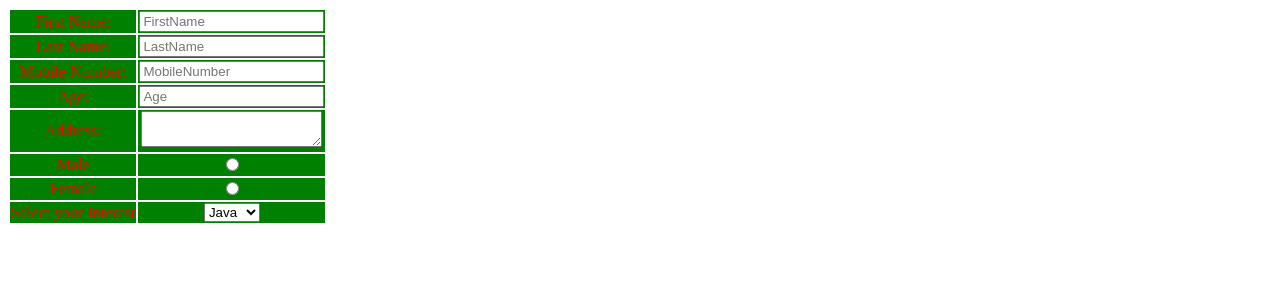
Repository: Ganesh281996/Ganesh
Page: BasicHtml/WebContent/Login.html
The author's editor kept a copy of each file at every save. The page is drawn from the files as they stood at one save, then again after the next save.
The browser window is 1280 px wide. The pictures show the whole page.

Above is the page before, as saved 2018-03-28 04:53:33.

### BasicHtml/WebContent/Login.html
<!DOCTYPE html>
<html>
<head>
<meta charset="UTF-8">
<title>Nothing to See</title>
<style>
tr {
	background-color: green;
}
table
{
border: 20px;
align: right;
}
td {
	text-align: center;
	color: red;
}
</style>
<script type="text/javascript">
var validate=function()
{

	var firstName=document.getElementById("FirstName");
	var lastName=document.getElementById("LastName");
	var mobile=document.getElementById("MobileNumber");
	var age=document.getElementById("Age");
	var address=document.getElementById("Address");


}
</script>
</head>
<body>


	<form action="return validate()" >
		<table>
			<tr>
				<td>First Name:</td>
				<td><input id="FirstName" placeholder="FirstName"></td>
			</tr>
			<tr>
				<td>Last Name:</td>
				<td><input id="LastName" placeholder="LastName"></td>
			</tr>
			<tr>
				<td>Mobile Number:</td>
				<td><input id="Mobile" placeholder="MobileNumber"></td>
			</tr>
			<tr>
				<td>Age:</td>
				<td><input id="Age" placeholder="Age"></td>
			</tr>
			<tr>
				<td>Address:</td>
				<td><textarea id="Address" placeholder="Address">  </textarea></td>
			</tr>
			<tr>
				<td>Male</td>
				<td><input type="radio" name="Gender" value="Male"></td>
			</tr>
			<tr>
				<td>Female</td>
				<td><input type="radio" name="Gender" value="Female"></td>
			</tr>
			<tr>
				<td>Select your Interest</td>
				<td><select>
						<option value="Java">Java</option>
						<option value=".Net">.Net</option>
						<option value="C++">C++</option>
						<option value="Mean">Mean</option>
				</select></td>
			</tr>
		</table>
	</form>
</body>
</html>

After the next save:
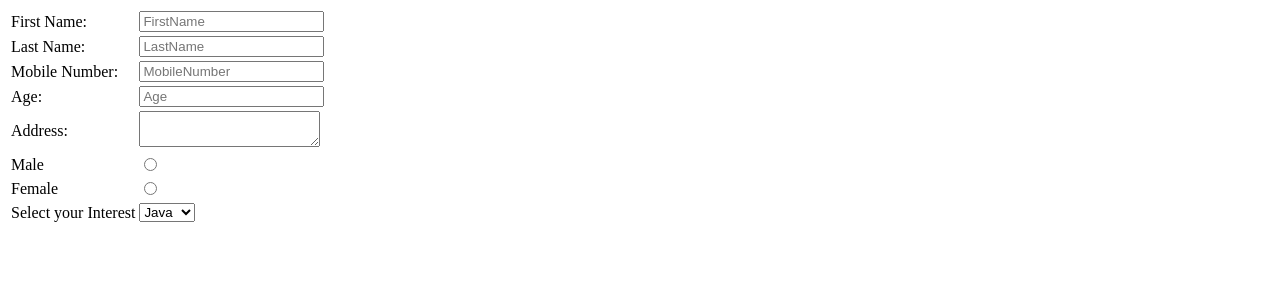
Saved 11 min 11 s later.
--- a/BasicHtml/WebContent/Login.html
+++ b/BasicHtml/WebContent/Login.html
@@ -3,20 +3,7 @@
 <head>
 <meta charset="UTF-8">
 <title>Nothing to See</title>
-<style>
-tr {
-	background-color: green;
-}
-table
-{
-border: 20px;
-align: right;
-}
-td {
-	text-align: center;
-	color: red;
-}
-</style>
+<style></style>
 <script type="text/javascript">
 var validate=function()
 {
